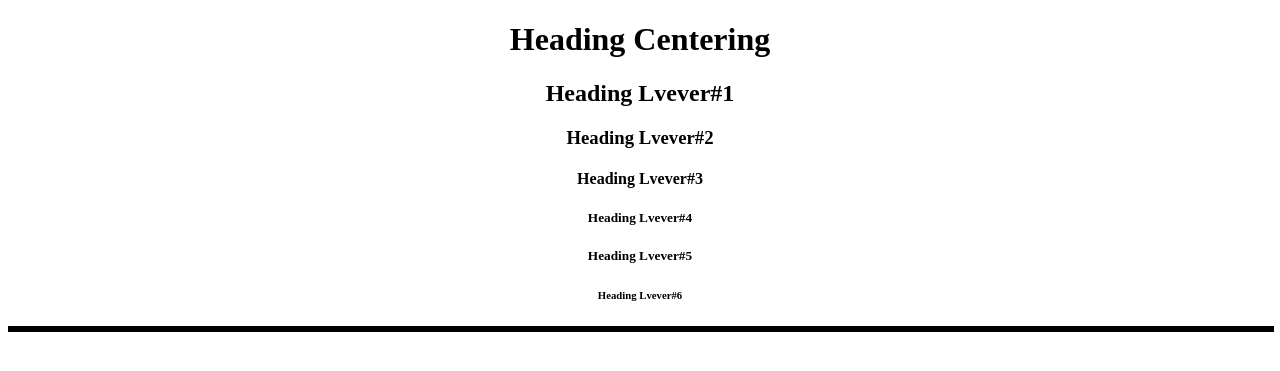
Repository: PhamChiXuan1/HTCNW_tuan3_DHCNTT16C_PhamChiXuan_20030131
Page: bt2.html
These files come from the project's save history. The page is drawn as it stood at one moment and after the next save; the edit follows.
The browser window is 1280 px wide. The pictures show the whole page.

Above is the page before, as saved 2022-02-26 20:09:45.

### bt2.html
<!DOCTYPE html>
<html lang="en">
<head>
    <meta charset="UTF-8">
    <meta http-equiv="X-UA-Compatible" content="IE=edge">
    <meta name="viewport" content="width=device-width, initial-scale=1.0">
    <title>Document</title>
    <style>
        blackgroup-color:
    </style>
</head>
<body>

   <center>
    <H1>Heading Centering</H1>
    <H2>Heading Lvever#1</H2>
    <H3>Heading Lvever#2</H3>
    <H4>Heading Lvever#3</H4>
    <H5>Heading Lvever#4</H5>
    <H5>Heading Lvever#5</H5>
    <H6>Heading Lvever#6</H6>
   </center>
   <hr size="6" width="100%" align ="left" color="black">
</body>
</html>

After the next save:
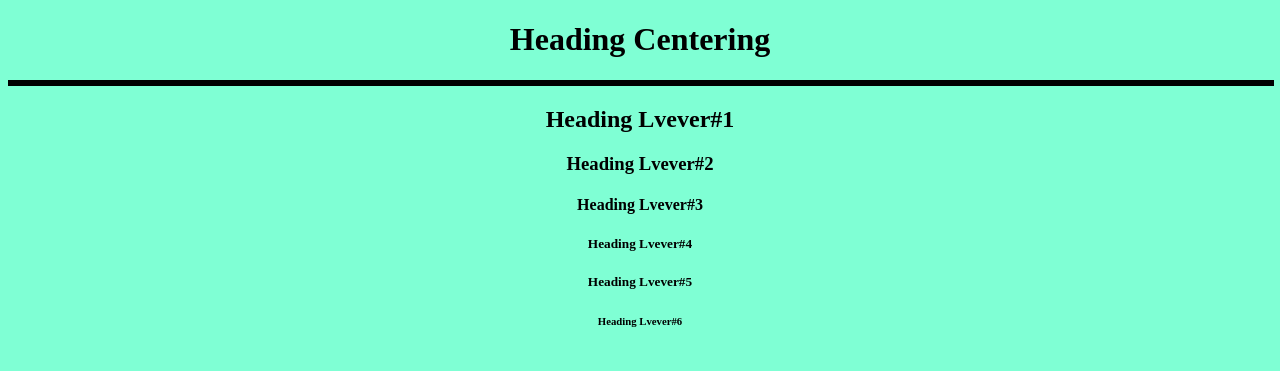
Saved 4 min 8 s later.
--- a/bt2.html
+++ b/bt2.html
@@ -5,21 +5,20 @@
     <meta http-equiv="X-UA-Compatible" content="IE=edge">
     <meta name="viewport" content="width=device-width, initial-scale=1.0">
     <title>Document</title>
-    <style>
-        blackgroup-color:
-    </style>
 </head>
 <body>
 
    <center>
     <H1>Heading Centering</H1>
+    <hr size="6" width="100%" align ="left" color="black">
     <H2>Heading Lvever#1</H2>
     <H3>Heading Lvever#2</H3>
     <H4>Heading Lvever#3</H4>
     <H5>Heading Lvever#4</H5>
     <H5>Heading Lvever#5</H5>
     <H6>Heading Lvever#6</H6>
+    <body style="background-color: aquamarine;"></body>
    </center>
-   <hr size="6" width="100%" align ="left" color="black">
+
 </body>
 </html>
